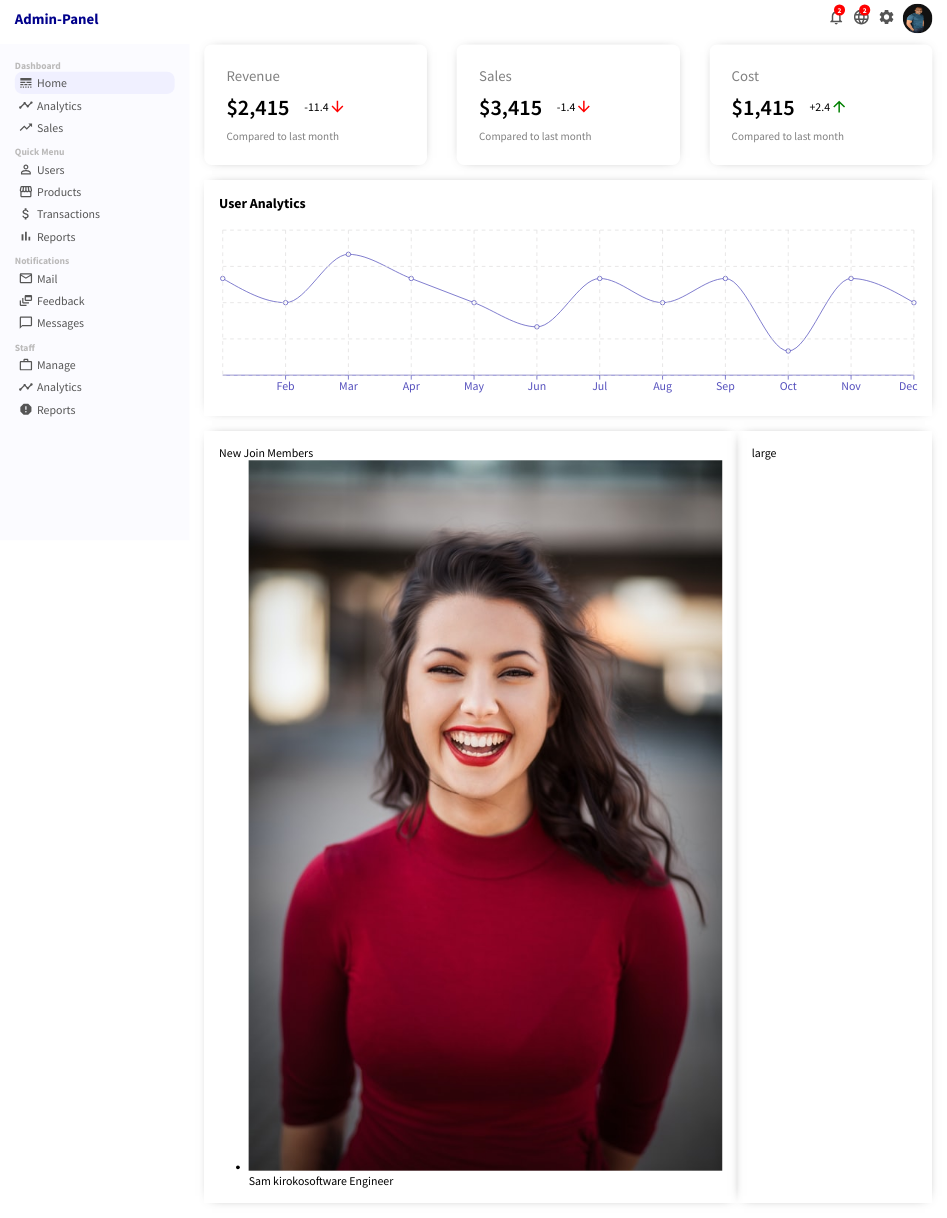
Repository: Samkiroko/admin-panel-ui
Page: /products
These files come from the project's save history. The page is drawn as it stood at one moment and after the next save; the edit follows.
The browser window is 1280 px wide. The pictures show the whole page, at 74% of full size.
The project was rebuilt for these pictures with package versions that can differ from the ones it lists, and the page was loaded fresh each time.

Above is the page before, as saved 2021-09-22 21:47:09.

### public/index.html
<!DOCTYPE html>
<html lang="en">
  <head>
    <meta charset="utf-8" />

    <meta name="viewport" content="width=device-width, initial-scale=1" />
    <meta name="theme-color" content="#000000" />
    <meta
      name="description"
      content="Web site created using create-react-app"
    />
    <link rel="preconnect" href="https://fonts.googleapis.com" />
    <link rel="preconnect" href="https://fonts.gstatic.com" crossorigin />
    <link
      href="https://fonts.googleapis.com/css2?family=Source+Sans+Pro:wght@200;300;400;600;700;900&display=swap"
      rel="stylesheet"
    />

    <style>
      * {
        font-family: "Source Sans Pro", sans-serif;
        margin: 0;
      }
    </style>
    <title>React admin panel</title>
  </head>

  <body>
    <noscript>You need to enable JavaScript to run this app.</noscript>
    <div id="root"></div>
  </body>
</html>

### src/App.js
import Sidebar from './components/sidebar/Sidebar'
import Topbar from './components/topbar/Topbar'
import './app.css'
import Home from './pages/home/Home'

function App() {
  return (
    <div className='App'>
      <Topbar />
      <div className='container'>
        <Sidebar />
        <Home />
      </div>
    </div>
  )
}

export default App

### src/components/sidebar/Sidebar.js
import {
  LineStyle,
  Timeline,
  TrendingUp,
  PermIdentity,
  Storefront,
  AttachMoney,
  BarChart,
  MailOutline,
  DynamicFeed,
  ChatBubbleOutline,
  WorkOutline,
  Report,
} from '@material-ui/icons'
import React from 'react'
import './sidebar.css'

const Sidebar = () => {
  return (
    <div className='sidebar'>
      <div className='sidebarWrapper'>
        <div className='sidebarMenu'>
          <h3 className='sidebarTitle'>Dashboard</h3>
          <ul className='sidebarList'>
            <li className='sidebarListItem active'>
              <LineStyle className='sidebarIcon' />
              Home
            </li>

            <li className='sidebarListItem'>
              <Timeline className='sidebarIcon' />
              Analytics
            </li>
            <li className='sidebarListItem'>
              <TrendingUp className='sidebarIcon' />
              Sales
            </li>
          </ul>
        </div>
        <div className='sidebarMenu'>
          <h3 className='sidebarTitle'>Quick Menu</h3>
          <ul className='sidebarList'>
            <li className='sidebarListItem'>
              <PermIdentity className='sidebarIcon' />
              Users
            </li>

            <li className='sidebarListItem'>
              <Storefront className='sidebarIcon' />
              Products
            </li>

            <li className='sidebarListItem'>
              <AttachMoney className='sidebarIcon' />
              Transactions
            </li>
            <li className='sidebarListItem'>
              <BarChart className='sidebarIcon' />
              Reports
            </li>
          </ul>
        </div>
        <div className='sidebarMenu'>
          <h3 className='sidebarTitle'>Notifications</h3>
          <ul className='sidebarList'>
            <li className='sidebarListItem'>
              <MailOutline className='sidebarIcon' />
              Mail
            </li>
            <li className='sidebarListItem'>
              <DynamicFeed className='sidebarIcon' />
              Feedback
            </li>
            <li className='sidebarListItem'>
              <ChatBubbleOutline className='sidebarIcon' />
              Messages
            </li>
          </ul>
        </div>
        <div className='sidebarMenu'>
          <h3 className='sidebarTitle'>Staff</h3>
          <ul className='sidebarList'>
            <li className='sidebarListItem'>
              <WorkOutline className='sidebarIcon' />
              Manage
            </li>
            <li className='sidebarListItem'>
              <Timeline className='sidebarIcon' />
              Analytics
            </li>
            <li className='sidebarListItem'>
              <Report className='sidebarIcon' />
              Reports
            </li>
          </ul>
        </div>
      </div>
    </div>
  )
}

export default Sidebar

### src/components/topbar/Topbar.js
import React from 'react'
import './topbar.css'
import { Language, NotificationsNone, Settings } from '@material-ui/icons'
import avatar from '../../images/sam_pic.jpeg'
const Topbar = () => {
  return (
    <div className='topbar'>
      <div className='topbarWrapper'>
        <div className='topLeft'>
          <span className='logo'>Admin-Panel</span>
        </div>
        <div className='topRight'>
          <div className='topbarIconContainer'>
            <NotificationsNone />
            <span className='topIconBadge'>2</span>
          </div>
          <div className='topbarIconContainer'>
            <Language />
            <span className='topIconBadge'>2</span>
          </div>
          <div className='topbarIconContainer'>
            <Settings />
          </div>
          <img src={avatar} alt='avatar' className='topAvatar' />
        </div>
      </div>
    </div>
  )
}

export default Topbar

### src/app.css
.container {
    display: flex;
    margin-top: 10px;
}

.link {
    text-decoration: none;
    color: inherit;
}

### src/pages/home/Home.js
import React from 'react'
import Chart from '../../components/chart/Chart'
import FeatureInfo from '../../components/featuredInfo/FeatureInfo'
import './home.css'
import { userData } from '../../dummyData'
import WidgetLg from '../../components/widgetLg/WidgetLg'
import WidgetSm from '../../components/widgetSm/WidgetSm'

const Home = () => {
  return (
    <div className='home'>
      <FeatureInfo />
      <Chart data={userData} title='User Analytics' grid dataKey='Active User' />
      <div className='homeWidgets'>
        <WidgetSm />
        <WidgetLg />
      </div>
    </div>
  )
}

export default Home

### src/components/sidebar/sidebar.css
.sidebar {
    flex: 1;
    height: calc(100vh - 50px);
    background-color: rgb(251, 251, 255);
    position: sticky;
    top: 50px;
}

.sidebarWrapper {
    padding: 20px;
    color: #555;
}

.sidebarMenu {
    margin-bottom: 10px;
}

.sidebarTitle {
    font-size: 13px;
    color: rgb(187, 186, 186);
}

.sidebarList {
    list-style: none;
    padding: 0;
}

.sidebarListItem {
    padding: 5px;
    cursor: pointer;
    display: flex;
    align-items: center;
    border-radius: 10px;
}

.sidebarListItem.active,
.sidebarListItem:hover {
    background-color: rgb(240, 240, 255);
}

.sidebarIcon {
    margin-right: 5px;
    font-size: 20px !important;
}

### src/components/topbar/topbar.css
.topbar {
    width: 100%;
    height: 50px;
    background-color: white;
    position: sticky;
    top: 0;
    z-index: 999;
}

.topbarWrapper {
    height: 100%;
    padding: 0px 20px;
    display: flex;
    align-items: center;
    justify-content: space-between;
}

.logo {
    font-weight: bold;
    font-size: 20px;
    color: darkblue;
    cursor: pointer;
}

.topbarIconContainer {
    position: relative;
    align-items: center;
    margin-right: 10px;
    color: #555;
}

.topIconBadge {
    width: 15px;
    height: 15px;
    position: absolute;
    top: -5px;
    right: 0px;
    background-color: red;
    color: white;
    border-radius: 50%;
    display: flex;
    align-items: center;
    justify-content: center;
    font-size: 10px;
    font-weight: bold;
}

.topRight {
    display: flex;
    align-items: center;
    cursor: pointer;
}

.topAvatar {
    width: 40px;
    height: 40px;
    border-radius: 50%;
    cursor: pointer;
}

### src/components/chart/Chart.js
import './chart.css'
import { LineChart, Line, XAxis, CartesianGrid, Tooltip, ResponsiveContainer } from 'recharts'

export default function Chart({ title, data, dataKey, grid }) {
  return (
    <div className='chart'>
      <h3 className='chartTitle'>{title}</h3>
      <ResponsiveContainer width='100%' aspect={4 / 1}>
        <LineChart data={data}>
          <XAxis dataKey='name' stroke='#5550bd' />
          <Line type='monotone' dataKey={dataKey} stroke='#5550bd' />
          <Tooltip />
          {grid && <CartesianGrid stroke='#e0dfdf' strokeDasharray='5 5' />}
        </LineChart>
      </ResponsiveContainer>
    </div>
  )
}

### src/components/featuredInfo/FeatureInfo.js
import { ArrowDownward, ArrowUpward } from '@material-ui/icons'
import React from 'react'
import './featureInfo.css'

const FeatureInfo = () => {
  return (
    <div className='featured'>
      <div className='featuredItem'>
        <span className='featuredTitle'>Revenue</span>
        <div className='featuredMoneyContainer'>
          <span className='featuredMoney'>$2,415</span>
          <span className='featuredMoneyRate'>
            -11.4
            <ArrowDownward className='featuredIcon negative' />
          </span>
        </div>
        <span className='featuredSub'>Compared to last month</span>
      </div>
      <div className='featuredItem'>
        <span className='featuredTitle'>Sales</span>
        <div className='featuredMoneyContainer'>
          <span className='featuredMoney'>$3,415</span>
          <span className='featuredMoneyRate'>
            -1.4
            <ArrowDownward className='featuredIcon negative' />
          </span>
        </div>
        <span className='featuredSub'>Compared to last month</span>
      </div>{' '}
      <div className='featuredItem'>
        <span className='featuredTitle'>Cost</span>
        <div className='featuredMoneyContainer'>
          <span className='featuredMoney'>$1,415</span>
          <span className='featuredMoneyRate'>
            +2.4
            <ArrowUpward className='featuredIcon ' />
          </span>
        </div>
        <span className='featuredSub'>Compared to last month</span>
      </div>
    </div>
  )
}

export default FeatureInfo

### src/dummyData.js
export const userData = [
  {
    name: 'Jan',
    'Active User': 4000,
  },
  {
    name: 'Feb',
    'Active User': 3000,
  },
  {
    name: 'Mar',
    'Active User': 5000,
  },
  {
    name: 'Apr',
    'Active User': 4000,
  },
  {
    name: 'May',
    'Active User': 3000,
  },
  {
    name: 'Jun',
    'Active User': 2000,
  },
  {
    name: 'Jul',
    'Active User': 4000,
  },
  {
    name: 'Aug',
    'Active User': 3000,
  },
  {
    name: 'Sep',
    'Active User': 4000,
  },
  {
    name: 'Oct',
    'Active User': 1000,
  },
  {
    name: 'Nov',
    'Active User': 4000,
  },
  {
    name: 'Dec',
    'Active User': 3000,
  },
]

export const productData = [
  {
    name: 'Jan',
    Sales: 4000,
  },
  {
    name: 'Feb',
    Sales: 3000,
  },
  {
    name: 'Mar',
    Sales: 5000,
  },
]

export const userRows = [
  {
    id: 1,
    username: 'Jon Snow',
    avatar: 'https://images.pexels.com/photos/1152994/pexels-photo-1152994.jpeg?auto=compress&cs=tinysrgb&dpr=2&w=500',
    email: 'jon@gmail.com',
    status: 'active',
    transaction: '$120.00',
  },
  {
    id: 2,
    username: 'Jon Snow',
    avatar: 'https://images.pexels.com/photos/1152994/pexels-photo-1152994.jpeg?auto=compress&cs=tinysrgb&dpr=2&w=500',
    email: 'jon@gmail.com',
    status: 'active',
    transaction: '$120.00',
  },
  {
    id: 3,
    username: 'Jon Snow',
    avatar: 'https://images.pexels.com/photos/1152994/pexels-photo-1152994.jpeg?auto=compress&cs=tinysrgb&dpr=2&w=500',
    email: 'jon@gmail.com',
    status: 'active',
    transaction: '$120.00',
  },
  {
    id: 4,
    username: 'Jon Snow',
    avatar: 'https://images.pexels.com/photos/1152994/pexels-photo-1152994.jpeg?auto=compress&cs=tinysrgb&dpr=2&w=500',
    email: 'jon@gmail.com',
    status: 'active',
    transaction: '$120.00',
  },
  {
    id: 5,
    username: 'Jon Snow',
    avatar: 'https://images.pexels.com/photos/1152994/pexels-photo-1152994.jpeg?auto=compress&cs=tinysrgb&dpr=2&w=500',
    email: 'jon@gmail.com',
    status: 'active',
    transaction: '$120.00',
  },
  {
    id: 6,
    username: 'Jon Snow',
    avatar: 'https://images.pexels.com/photos/1152994/pexels-photo-1152994.jpeg?auto=compress&cs=tinysrgb&dpr=2&w=500',
    email: 'jon@gmail.com',
    status: 'active',
    transaction: '$120.00',
  },
  {
    id: 7,
    username: 'Jon Snow',
    avatar: 'https://images.pexels.com/photos/1152994/pexels-photo-1152994.jpeg?auto=compress&cs=tinysrgb&dpr=2&w=500',
    email: 'jon@gmail.com',
    status: 'active',
    transaction: '$120.00',
  },
  {
    id: 8,
    username: 'Jon Snow',
    avatar: 'https://images.pexels.com/photos/1152994/pexels-photo-1152994.jpeg?auto=compress&cs=tinysrgb&dpr=2&w=500',
    email: 'jon@gmail.com',
    status: 'active',
    transaction: '$120.00',
  },
  {
    id: 9,
    username: 'Jon Snow',
    avatar: 'https://images.pexels.com/photos/1152994/pexels-photo-1152994.jpeg?auto=compress&cs=tinysrgb&dpr=2&w=500',
    email: 'jon@gmail.com',
    status: 'active',
    transaction: '$120.00',
  },
  {
    id: 10,
    username: 'Jon Snow',
    avatar: 'https://images.pexels.com/photos/1152994/pexels-photo-1152994.jpeg?auto=compress&cs=tinysrgb&dpr=2&w=500',
    email: 'jon@gmail.com',
    status: 'active',
    transaction: '$120.00',
  },
]

export const productRows = [
  {
    id: 1,
    name: 'Apple Airpods',
    img: 'https://images.pexels.com/photos/7156886/pexels-photo-7156886.jpeg?auto=compress&cs=tinysrgb&dpr=2&w=500',
    stock: 123,
    status: 'active',
    price: '$120.00',
  },
  {
    id: 2,
    name: 'Apple Airpods',
    img: 'https://images.pexels.com/photos/7156886/pexels-photo-7156886.jpeg?auto=compress&cs=tinysrgb&dpr=2&w=500',
    stock: 123,
    status: 'active',
    price: '$120.00',
  },
  {
    id: 3,
    name: 'Apple Airpods',
    img: 'https://images.pexels.com/photos/7156886/pexels-photo-7156886.jpeg?auto=compress&cs=tinysrgb&dpr=2&w=500',
    stock: 123,
    status: 'active',
    price: '$120.00',
  },
  {
    id: 4,
    name: 'Apple Airpods',
    img: 'https://images.pexels.com/photos/7156886/pexels-photo-7156886.jpeg?auto=compress&cs=tinysrgb&dpr=2&w=500',
    stock: 123,
    status: 'active',
    price: '$120.00',
  },
  {
    id: 5,
    name: 'Apple Airpods',
    img: 'https://images.pexels.com/photos/7156886/pexels-photo-7156886.jpeg?auto=compress&cs=tinysrgb&dpr=2&w=500',
    stock: 123,
    status: 'active',
    price: '$120.00',
  },
  {
    id: 6,
    name: 'Apple Airpods',
    img: 'https://images.pexels.com/photos/7156886/pexels-photo-7156886.jpeg?auto=compress&cs=tinysrgb&dpr=2&w=500',
    stock: 123,
    status: 'active',
    price: '$120.00',
  },
  {
    id: 7,
    name: 'Apple Airpods',
    img: 'https://images.pexels.com/photos/7156886/pexels-photo-7156886.jpeg?auto=compress&cs=tinysrgb&dpr=2&w=500',
    stock: 123,
    status: 'active',
    price: '$120.00',
  },
  {
    id: 8,
    name: 'Apple Airpods',
    img: 'https://images.pexels.com/photos/7156886/pexels-photo-7156886.jpeg?auto=compress&cs=tinysrgb&dpr=2&w=500',
    stock: 123,
    status: 'active',
    price: '$120.00',
  },
  {
    id: 9,
    name: 'Apple Airpods',
    img: 'https://images.pexels.com/photos/7156886/pexels-photo-7156886.jpeg?auto=compress&cs=tinysrgb&dpr=2&w=500',
    stock: 123,
    status: 'active',
    price: '$120.00',
  },
  {
    id: 10,
    name: 'Apple Airpods',
    img: 'https://images.pexels.com/photos/7156886/pexels-photo-7156886.jpeg?auto=compress&cs=tinysrgb&dpr=2&w=500',
    stock: 123,
    status: 'active',
    price: '$120.00',
  },
]

### src/components/widgetLg/WidgetLg.js
import React from 'react'
import './widgetLg.css'

const WidgetLg = () => {
  return <div className='widgetLg'>large</div>
}

export default WidgetLg

### src/components/widgetSm/WidgetSm.js
import React from 'react'
import './widgetSm.css'
import avatar from '../../images/avatar2.jpg'

const WidgetSm = () => {
  return (
    <div className='widgetSg'>
      <span className='widgetSmTitle'>New Join Members</span>
      <ul className='widgetSmList'>
        <li className='widgetSmListItem'>
          <img src={avatar} alt='avatar' />
          <div className='widgetSmUser'>
            <span className='widgetSmUsername'>Sam kiroko</span>
            <span className='widgetSmUserTitle'>software Engineer</span>
          </div>
        </li>
      </ul>
    </div>
  )
}

export default WidgetSm

### src/components/chart/chart.css
.chart {
    margin: 20px;
    padding: 20px;
    cursor: pointer;
    -webkit-box-shadow: 0px 0px 15px -10px rgba(0, 0, 0, 0.75);
    box-shadow: 0px 0px 15px -10px rgba(0, 0, 0, 0.75);
}

.chartTitle {
    margin-bottom: 20px;
}

### src/components/featuredInfo/featureInfo.css
.featured {
    width: 100%;
    display: flex;
    justify-content: space-between;
}

.featuredItem {
    flex: 1;
    margin: 0px 20px;
    padding: 30px;
    border-radius: 10px;
    cursor: pointer;
    -webkit-box-shadow: 0px 0px 15px -10px rgba(0, 0, 0, 0.75);
    box-shadow: 0px 0px 15px -10px rgba(0, 0, 0, 0.75);
}

.featuredTitle {
    font-size: 20px;
    color: gray;
}

.featuredMoneyContainer {
    margin: 10px 0px;
    display: flex;
    align-items: center;
}

.featuredMoney {
    font-size: 30px;
    font-weight: 600;
}

.featuredMoneyRate {
    display: flex;
    align-items: center;
    margin-left: 20px;
}

.featuredIcon {
    font-size: 14px;
    margin-right: 5px;
    color: green;
}

.featuredIcon.negative {
    color: red;
}

.featuredSub {
    font-size: 15px;
    color: gray;
}

### src/components/widgetLg/widgetLg.css
.widgetLg {
    flex: 2;
    padding: 20px;
    -webkit-box-shadow: 0px 0px 15px -10px rgba(0, 0, 0, 0.75);
    box-shadow: 0px 0px 15px -10px rgba(0, 0, 0, 0.75);
}

### src/components/widgetSm/widgetSm.css
.widgetSg {
    flex: 1;
    padding: 20px;
    -webkit-box-shadow: 0px 0px 15px -10px rgba(0, 0, 0, 0.75);
    box-shadow: 0px 0px 15px -10px rgba(0, 0, 0, 0.75);
}

Loaded but not shown: src/index.js (common file); src/index.css (common file); src/pages/home/home.css (common file)

After the next save:
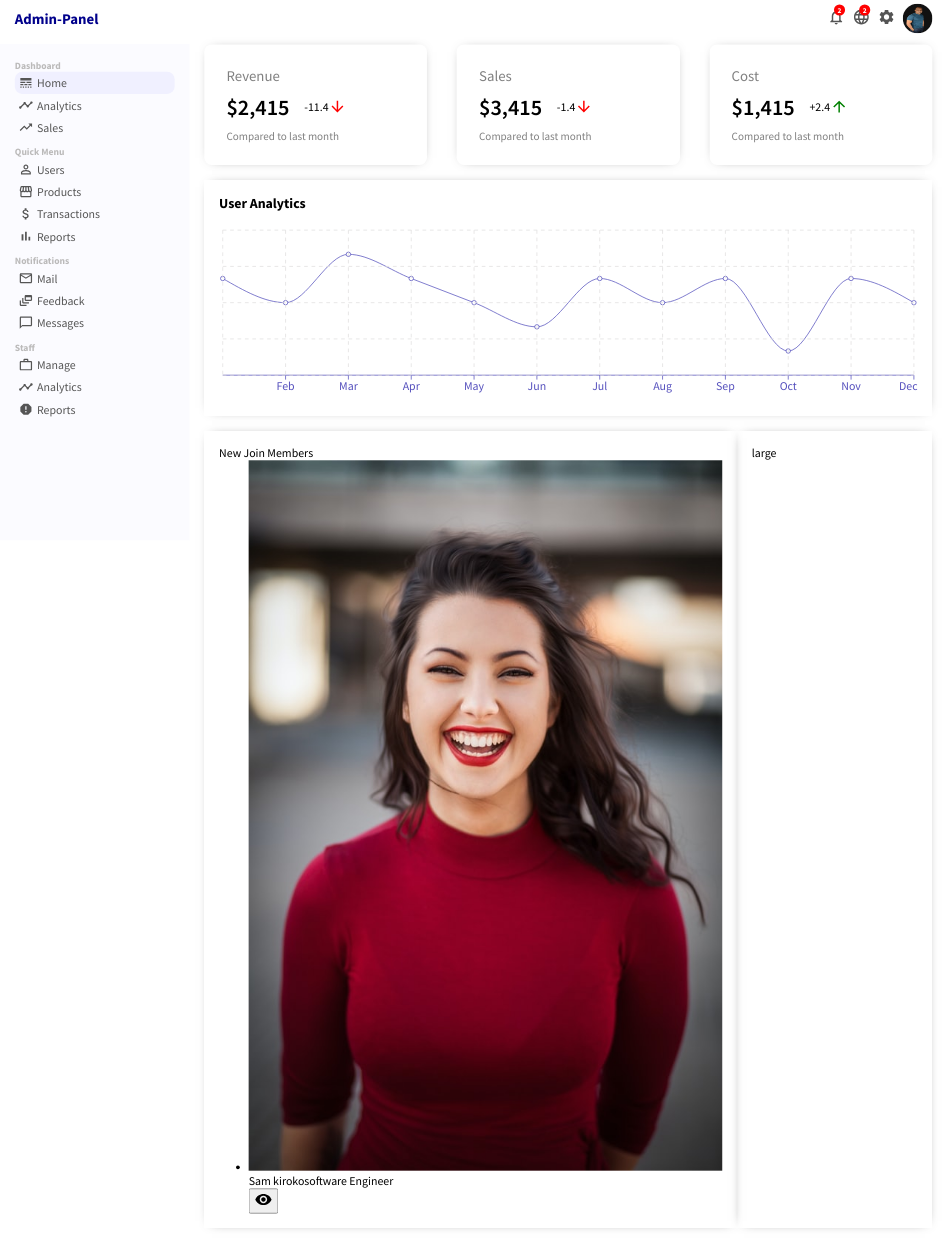
Saved 3 min 22 s later.
--- a/src/components/widgetSm/WidgetSm.js
+++ b/src/components/widgetSm/WidgetSm.js
@@ -1,6 +1,7 @@
 import React from 'react'
 import './widgetSm.css'
 import avatar from '../../images/avatar2.jpg'
+import { Visibility } from '@material-ui/icons'
 
 const WidgetSm = () => {
   return (
@@ -13,6 +14,9 @@ const WidgetSm = () => {
             <span className='widgetSmUsername'>Sam kiroko</span>
             <span className='widgetSmUserTitle'>software Engineer</span>
           </div>
+          <button className='widgetSmButton'>
+            <Visibility />
+          </button>
         </li>
       </ul>
     </div>
